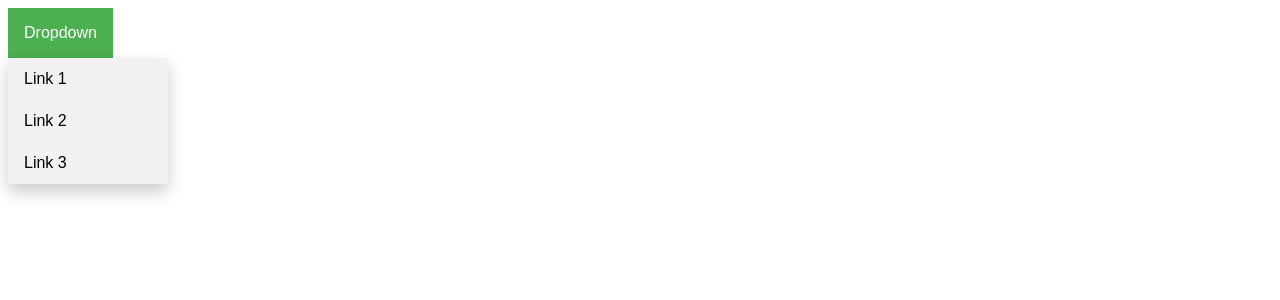
Repository: nvngon2604/Git
Page: web/index.html
An editor plug-in stored every save of this project. The page is shown before and after the next save, followed by the edit.
The browser window is 1280 px wide. The pictures show the whole page.
The pointer rests on the first visible `.dropbtn`.

Above is the page before, as saved 2020-05-10 17:08:26.

### web/index.html
<!DOCTYPE html>
<html lang="en">
<head>
    <meta charset="UTF-8">
    <meta name="viewport" content="width=device-width, initial-scale=1.0">
    <title>Document</title>
    <link rel="stylesheet" href="web.css">
</head>
<body>
    <div class="dropdown">
        <button type="button" class="dropbtn">
            Dropdown
        </button>
        <div class="dropdown-content">
            <a href="#">Link 1</a>
            <a href="#">Link 2</a>
            <a href="#">Link 3</a>
        </div>
    </div>
</body>
</html>

### web/web.css
* {
    font-family: sans-serif;
}
.dropbtn {
    background-color: #4caf50;
    color:white;
    padding: 16px;
    font-size: 16px;
    border:none;
}
.dropdown {
    position: relative;
}
.dropdown-content {
    position: absolute;
    display: none;
    background-color: #f1f1f1;
    min-width: 160px;
    box-shadow: 0px 8px 16px 0px rgba(0,0,0,0.2);
}
.dropdown-content a {
    text-decoration: none;
    color:black;
    padding: 12px 16px;
    display: block;
}
.dropdown-content a:hover {
    background-color: #ddd;
}
.dropdown:hover .dropdown-content {
    display: block;
}

After the next save:
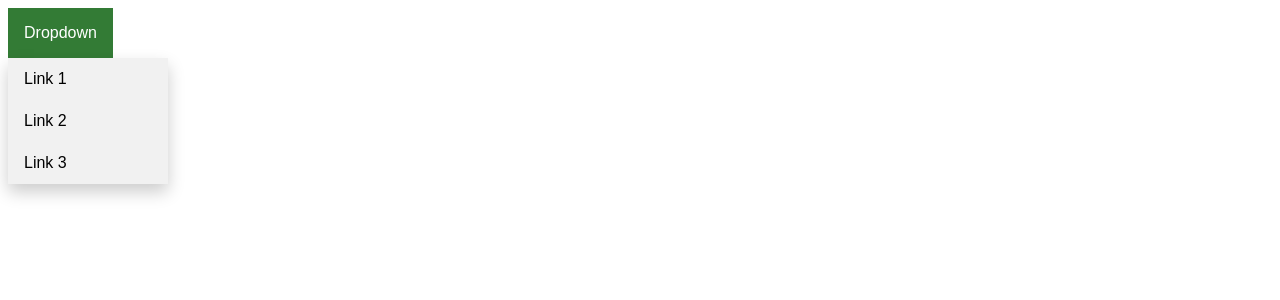
Saved 69 s later.
--- a/web/web.css
+++ b/web/web.css
@@ -7,6 +7,9 @@
     padding: 16px;
     font-size: 16px;
     border:none;
+}
+.dropbtn:hover {
+    background-color:#337b35;
 }
 .dropdown {
     position: relative;
